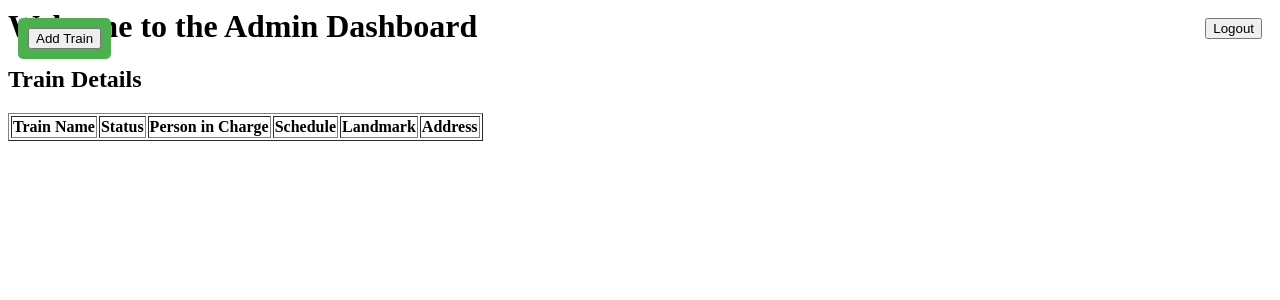
Repository: MohamedUmar083/Project_2
Page: http://localhost/Railway_Crossing_Status/admin-dashboard.jsp
The author's editor kept a copy of each file at every save. The page is drawn from the files as they stood at one save, then again after the next save.
The browser window is 1280 px wide. The pictures show the whole page.
The page is served by Tomcat 10. Queries for data that is not in the repository find no rows.

Above is the page before, as saved 2023-12-22 12:29:29.

After the next save:
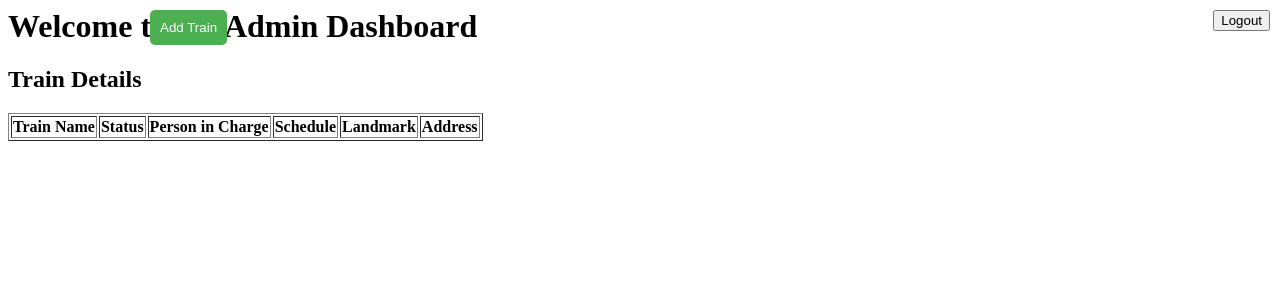
Saved 2 min 48 s later.
--- a/Railway Crossing Status/src/main/webapp/admin-dashboard.jsp
+++ b/Railway Crossing Status/src/main/webapp/admin-dashboard.jsp
@@ -8,46 +8,20 @@
 <html>
 <head>
     <title>Admin Dashboard</title>
-    <style>
-        body {
-            position: relative;
-        }
 
-        .logout-button,
-        .add-train-button {
-            position: absolute;
-            top: 10px;
-        }
-
-        .logout-button {
-            right: 10px;
-        }
-
-        .add-train-button {
-            left: 10px;
-            padding: 10px;
-            background-color: #4CAF50; /* Green background color */
-            color: white; /* White text color */
-            text-align: center;
-            text-decoration: none;
-            font-size: 16px;
-            border: none;
-            border-radius: 5px;
-            cursor: pointer;
-        }
-    </style>
 </head>
 <body>
 <!-- Logout button -->
-    <form action="logout" method="post" class="logout-button">
+   <form action="logout" method="post" style="position: absolute; top: 10px; right: 10px;">
         <input type="submit" value="Logout">
     </form>
 
     <!-- Add Train button -->
-    <form action="add-train.jsp" method="get" class="add-train-button">
-        <input type="submit" value="Add Train">
+
+    <h1>Welcome to the Admin Dashboard</h1>
+     <form action="add-train.jsp" method="get" style="position: absolute; top: 10px; left: 150px;">
+        <input type="submit" value="Add Train" style="padding: 10px; background-color: #4CAF50; color: white; border: none; border-radius: 5px; cursor: pointer;">
     </form>
-    <h1>Welcome to the Admin Dashboard</h1>
 
     <h2>Train Details</h2>
     <table border="1">
